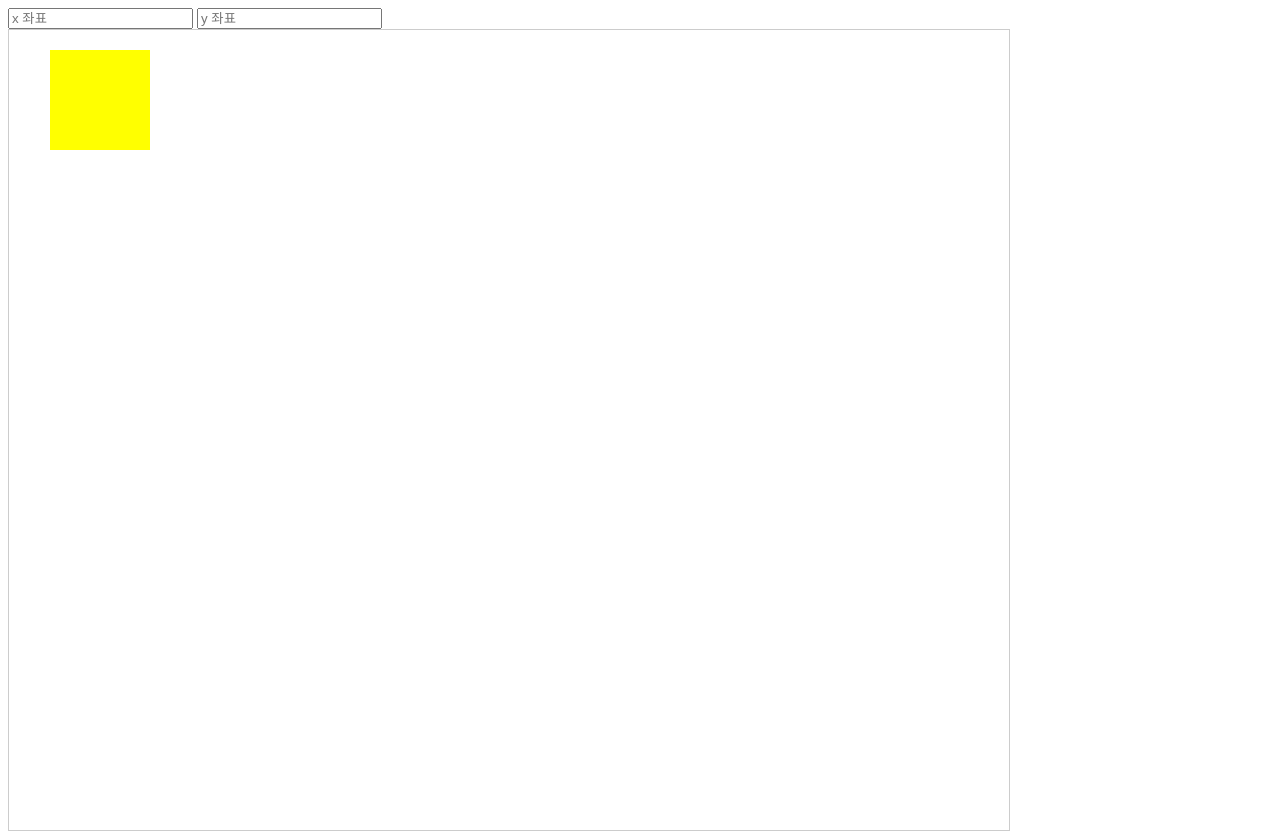
Repository: mjh1583/Hustar03_eGov
Page: http://localhost/JavaScript/js011.jsp
These files come from the project's save history. The page is drawn as it stood at one moment and after the next save; the edit follows.
The browser window is 1280 px wide. The pictures show the whole page.
The page is served by Tomcat 9.

Above is the page before, as saved 2021-05-07 02:41:49.

### workspace/JavaScript/src/main/webapp/js011.jsp
<%@ page language="java" contentType="text/html; charset=UTF-8"
    pageEncoding="UTF-8"%>
<!DOCTYPE html>
<html>
<head>
	<meta charset="UTF-8">
	<title>animation</title>
</head>
<body>
	<div>
		<input type="text" id="pageX" value="" placeholder="x 좌표"/>
		<input type="text" id="pageY" value="" placeholder="y 좌표"/>
	</div>

	<div style="width: 1000px; height: 800px; border: 1px solid #ccc;" id="contentsArea">
		<div id="div1" style="width: 100px; height: 100px; background-color: yellow; position: absolute; top: 50px; left: 50px;"></div>
	</div>

	<script src="https://code.jquery.com/jquery-3.6.0.js"></script>
	<script type="text/javascript">
		$('#contentsArea').bind('click', function() {
			console.log(event);

			$('#pageX').val(event.pageX);
			$('#pageY').val(event.pageY);
		});

		/*
			예제) 마우스 커서를 찍으면 그 방향으로 네모박스가 이동되도록 구현해보세요.
		*/

		$('#contentsArea').bind('click', function() {
			var x = event.pageX;
			var y = event.pageY;

			$('#div1').attr('top', x);
			$('#div1').attr('left', y);

			$('#div1').animate({marginLeft: x - 50 + 'px'}, 100, 'linear');
			$('#div1').animate({marginTop: y - 50 + 'px'}, 100, 'linear');

		});
	</script>
</body>
</html>

After the next save:
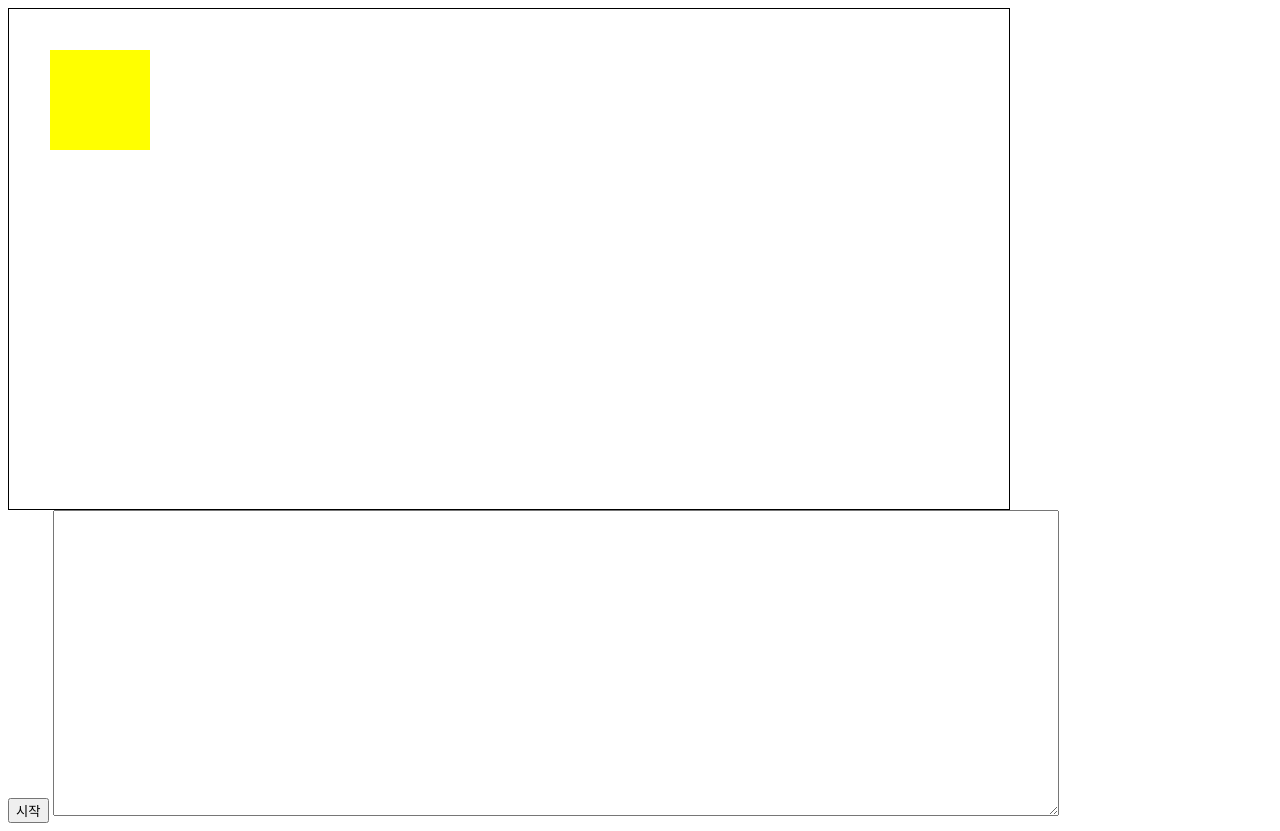
Saved 2 min 21 s later.
--- a/workspace/JavaScript/src/main/webapp/js011.jsp
+++ b/workspace/JavaScript/src/main/webapp/js011.jsp
@@ -7,39 +7,16 @@
 	<title>animation</title>
 </head>
 <body>
-	<div>
-		<input type="text" id="pageX" value="" placeholder="x 좌표"/>
-		<input type="text" id="pageY" value="" placeholder="y 좌표"/>
-	</div>
-
-	<div style="width: 1000px; height: 800px; border: 1px solid #ccc;" id="contentsArea">
+	<div style="width: 1000px; height: 500px; border: 1px solid;" id="contentsArea">
 		<div id="div1" style="width: 100px; height: 100px; background-color: yellow; position: absolute; top: 50px; left: 50px;"></div>
 	</div>
 
+	<input type="button" id="btn1" value="시작"/>
+	<textarea id="xy" style="width: 1000px; height: 300px"></textarea>
+
 	<script src="https://code.jquery.com/jquery-3.6.0.js"></script>
 	<script type="text/javascript">
-		$('#contentsArea').bind('click', function() {
-			console.log(event);
 
-			$('#pageX').val(event.pageX);
-			$('#pageY').val(event.pageY);
-		});
-
-		/*
-			예제) 마우스 커서를 찍으면 그 방향으로 네모박스가 이동되도록 구현해보세요.
-		*/
-
-		$('#contentsArea').bind('click', function() {
-			var x = event.pageX;
-			var y = event.pageY;
-
-			$('#div1').attr('top', x);
-			$('#div1').attr('left', y);
-
-			$('#div1').animate({marginLeft: x - 50 + 'px'}, 100, 'linear');
-			$('#div1').animate({marginTop: y - 50 + 'px'}, 100, 'linear');
-
-		});
 	</script>
 </body>
 </html>
